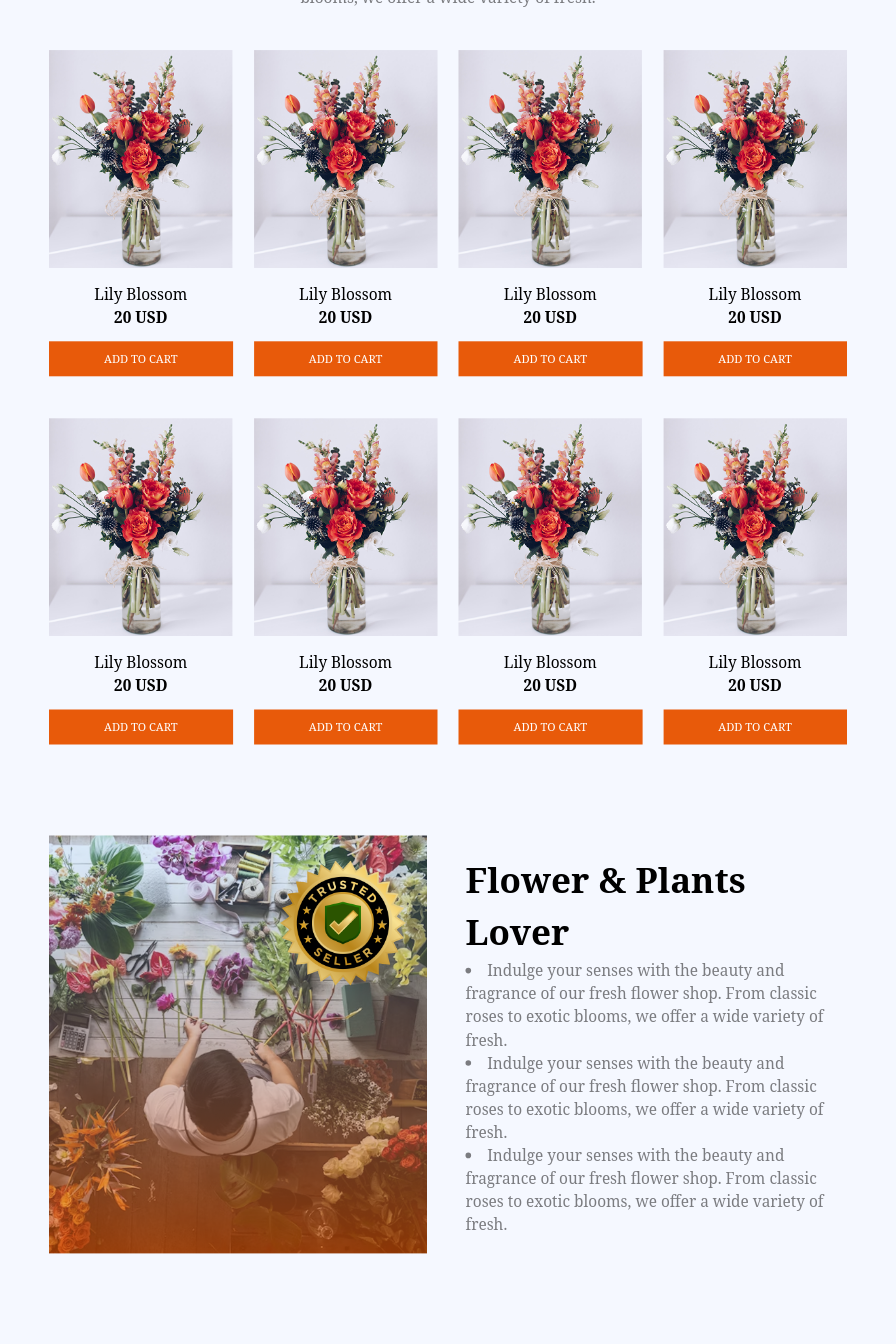
Repository: nahid-hasann/website-7
Page: index.html
The author's editor kept a copy of each file at every save. The page is drawn from the files as they stood at one save, then again after a run of saves.
The browser window is 1280 px wide. The pictures show the part of the page from y = 962 to 2882 px (the page is 2882 px tall), at 70% of full size.
Some web libraries are served in a nearby version.

Above is the page before, as saved 2025-07-24 13:05:40.

After the next 7 saves:
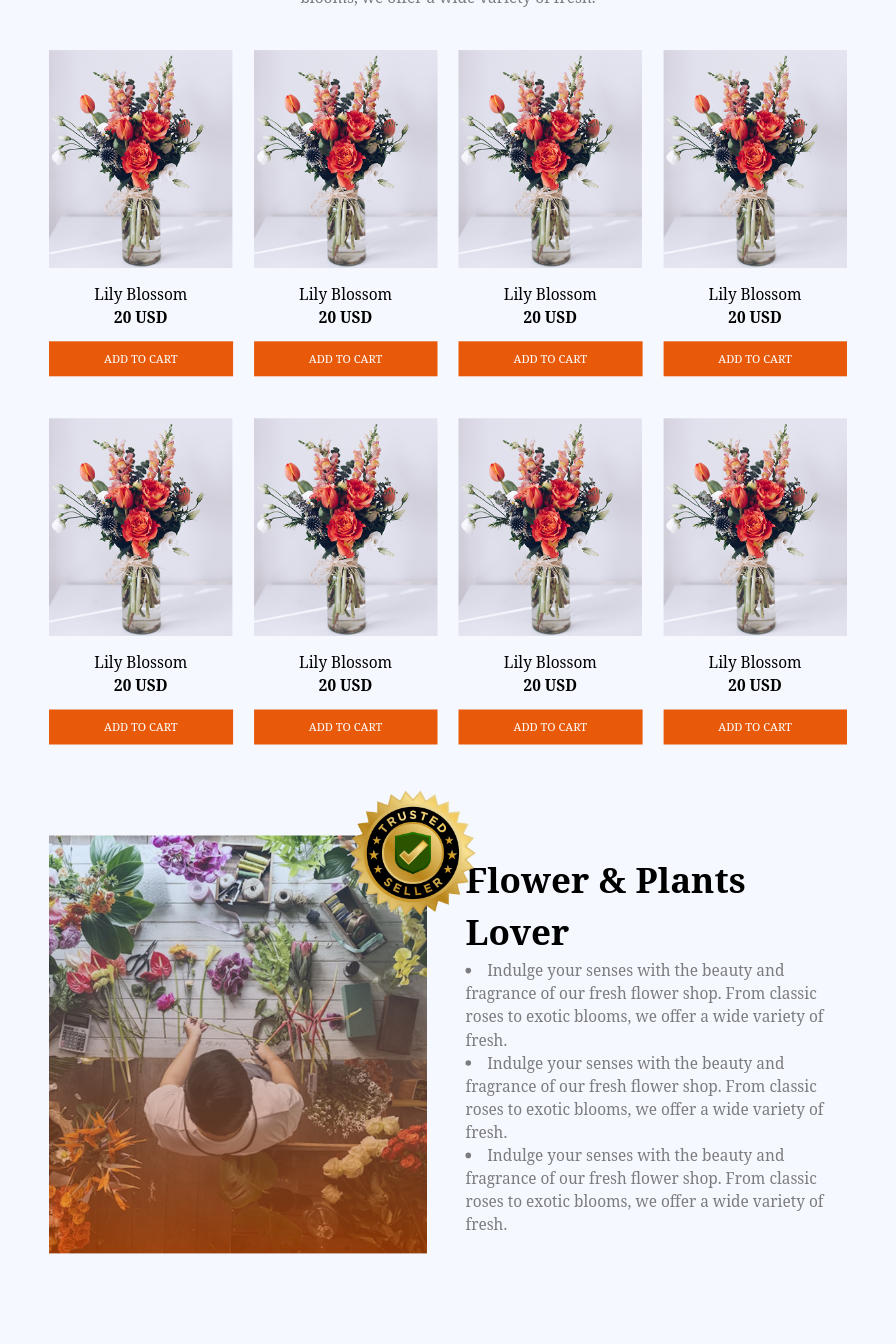
The 7 saves are shown as one change because they came seconds apart.
The last was saved 19 s later.
--- a/style.css
+++ b/style.css
@@ -164,8 +164,8 @@ nav{
 
 .badge-img{
     position: absolute;
-    top: 0;
-    right: 0;
+    top: -100px;
+    right: -100px;
     width: 250px;
 }
 
